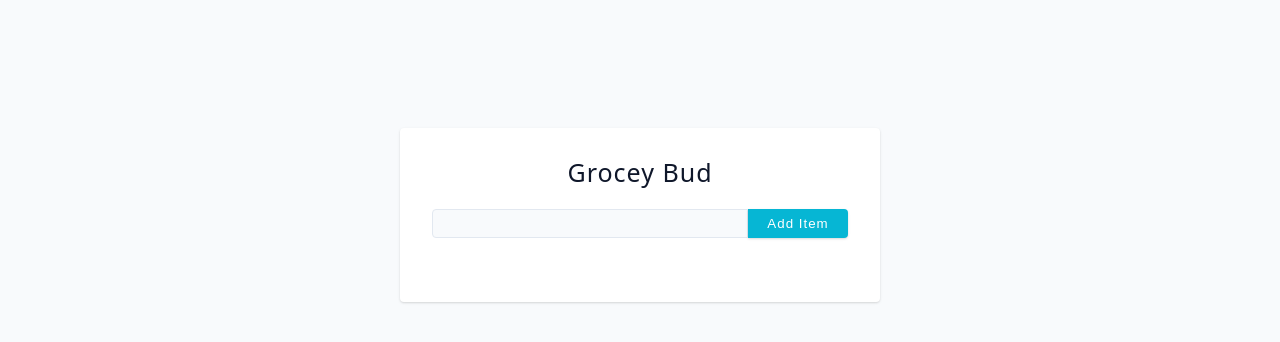
Repository: Maryie-B/React-Practice-Projects
Page: / (app in Grocery Shopping List/)
The author's editor kept a copy of each file at every save. The page is drawn from the files as they stood at one save, then again after the next save.
The browser window is 1280 px wide. The pictures show the whole page.
The project was rebuilt for these pictures with package versions that can differ from the ones it lists, and the page was loaded fresh each time. Also part of the build but not shown: Grocery Shopping List/vite.config.js.

Above is the page before, as saved 2023-06-12 11:09:44.

### Grocery Shopping List/src/App.jsx
import { useState } from "react";
import Form from "./Form";
import { nanoid } from "nanoid";
import Items from "./Items";

const setLocalStorage = (items) => {
  localStorage.setItem('list', JSON.stringify(items));
};

const App = () => {
  const [items, setItems] = useState([]);

  const addItem = (itemName) => {
    const newItem = {
      name: itemName,
      completed: false,
      id: nanoid()
    };
    const newItems = [...items, newItem];
    setItems(newItems);
    setLocalStorage(newItems);
  };

  const removeItem = (itemId) => {
    const newItems = items.filter((item) => item.id !== itemId);
    setItems(newItems);
    setLocalStorage(newItems);
  };

  return <section className="section-center">
    <Form addItem={addItem} />
    <Items items={items} removeItem={removeItem} />
  </section>;
};

export default App;

### Grocery Shopping List/src/Form.jsx
import React, { useState } from 'react'

const Form = ({addItem}) => {
    const [newItemName, setNewItemName] = useState('');

    const handleSubmit = (e) => {
        e.preventDefault();
        if (!newItemName) return;
        addItem(newItemName);
        setNewItemName('');
    };

  return (
    <form onSubmit={handleSubmit} >
      <h4>Grocey bud</h4>
      <div className="form-control">
        <input type="text" className="form-input" value={newItemName} onChange={(e) => setNewItemName(e.target.value)} />
        <button type='submit' className="btn">
            add item
        </button>
      </div>
    </form>
  )
}

export default Form

### Grocery Shopping List/src/Items.jsx
import React from 'react'
import SingleItem from './SingleItem'

const Items = ({items, removeItem}) => {

  return (
    <div className='items'>
      {items.map((item) => {
        return <SingleItem key={item.id} item={item} removeItem={removeItem} />;
      })}
    </div>
  )
}

export default Items

### Grocery Shopping List/src/SingleItem.jsx
import React, { useState } from 'react'

const SingleItem = ({item, removeItem}) => {
    const [isChecked, setIsChecked] = useState(item.completed);

  return (
    <div className='single-item'>
      <input type="checkbox" checked={isChecked} onChange={() => setIsChecked(!isChecked)} />
      <p style={{textDecoration: isChecked && 'line-through'}}>{item.name}</p>
      <button className="btn remove-btn" type='button' onClick={() => removeItem(item.id)} >
        delete
      </button>
    </div>
  )
}

export default SingleItem

Loaded but not shown: Grocery Shopping List/index.html (common file); Grocery Shopping List/src/main.jsx (common file); Grocery Shopping List/src/index.css (common file)

After the next save:
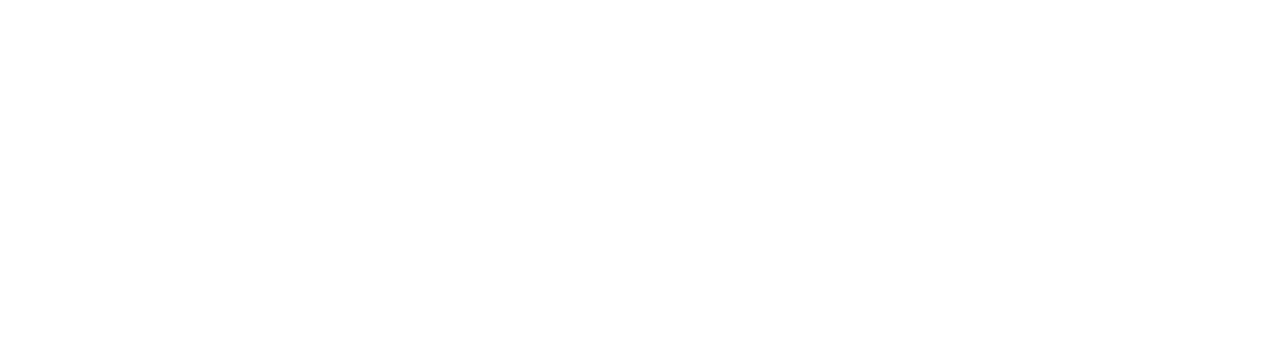
Console error: TypeError: localStorage.get is not a function
Saved 6 min 12 s later.
--- a/Grocery Shopping List/src/App.jsx
+++ b/Grocery Shopping List/src/App.jsx
@@ -7,8 +7,20 @@
   localStorage.setItem('list', JSON.stringify(items));
 };
 
+const getLocalStorage = () => {
+  let list = localStorage.getItem('list');
+  if (list) {
+    list = JSON.parse(localStorage.getItem('list'));
+  } else {
+    list = [];
+  }
+  return list;
+};
+
+const defaultList = JSON.parse(localStorage.get('list' || '[]'));
+
 const App = () => {
-  const [items, setItems] = useState([]);
+  const [items, setItems] = useState(defaultList);
 
   const addItem = (itemName) => {
     const newItem = {

After the 4 saves that followed:
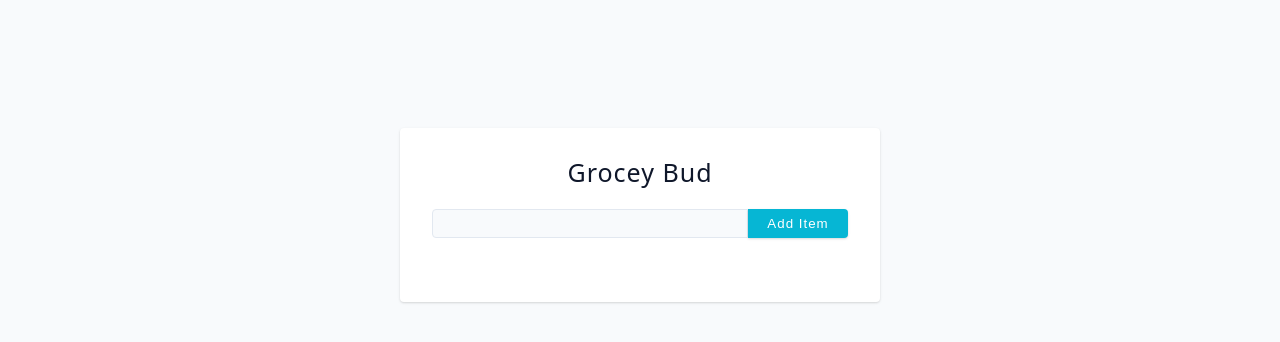
The error is gone.
The 4 saves are shown as one change because 3 left the picture as it was.
The last was saved 2 min 5 s later.
--- a/Grocery Shopping List/src/App.jsx
+++ b/Grocery Shopping List/src/App.jsx
@@ -17,7 +17,7 @@
   return list;
 };
 
-const defaultList = JSON.parse(localStorage.get('list' || '[]'));
+const defaultList = JSON.parse(localStorage.getItem('list') || '[]');
 
 const App = () => {
   const [items, setItems] = useState(defaultList);
